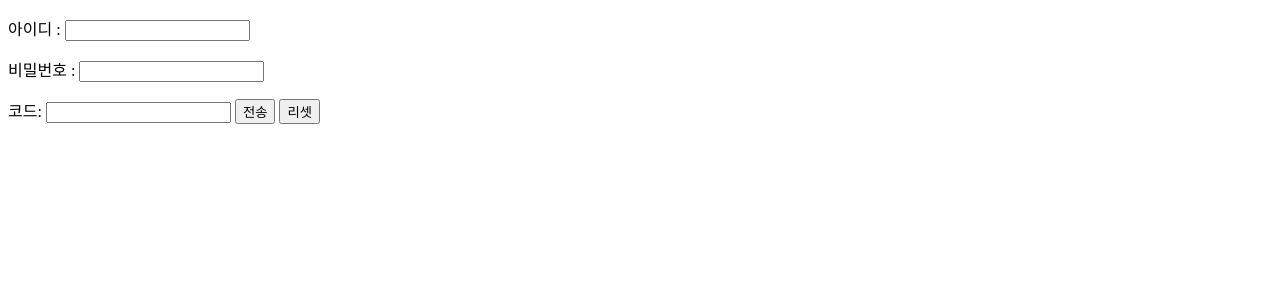
Repository: hyeonjuu/fusionProjectTest
Page: http://localhost/test/signUp.jsp
An editor plug-in stored every save of this project. The page is shown before and after the next save, followed by the edit.
The browser window is 1280 px wide. The pictures show the whole page.
The page is served by Tomcat 9.

Above is the page before, as saved 2022-10-03 17:11:14.

After the next save:
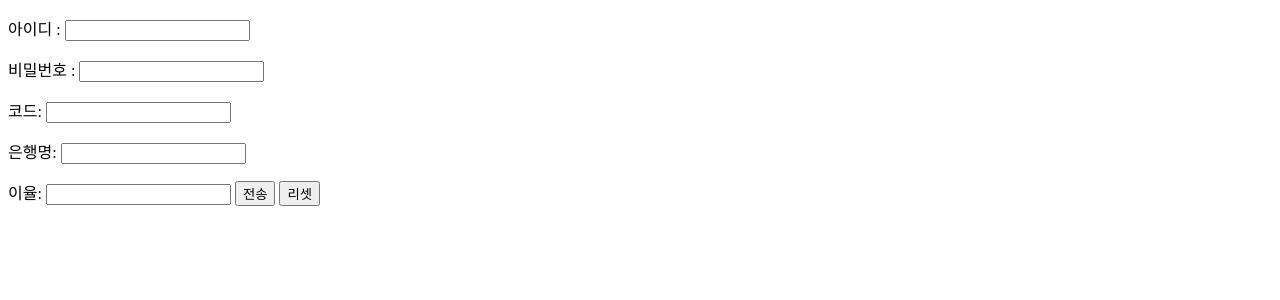
Saved 55 s later.
--- a/Test/test/src/main/webapp/signUp.jsp
+++ b/Test/test/src/main/webapp/signUp.jsp
@@ -12,7 +12,8 @@
 		<p> 아이디 : <input type="text" name = "ID">
 		<p> 비밀번호 : <input type ="password" name ="PASSWORD">
 		<p>코드: <input type="text" name = "code">
-
+		<p>은행명: <input type="text" name = "name"> <!-- 테스트코드 -->
+		<p>이율: <input type="text" name = "rate">
 		<input type="submit" value="전송">
 		<input type="reset" value ="리셋">
 	 </form>
